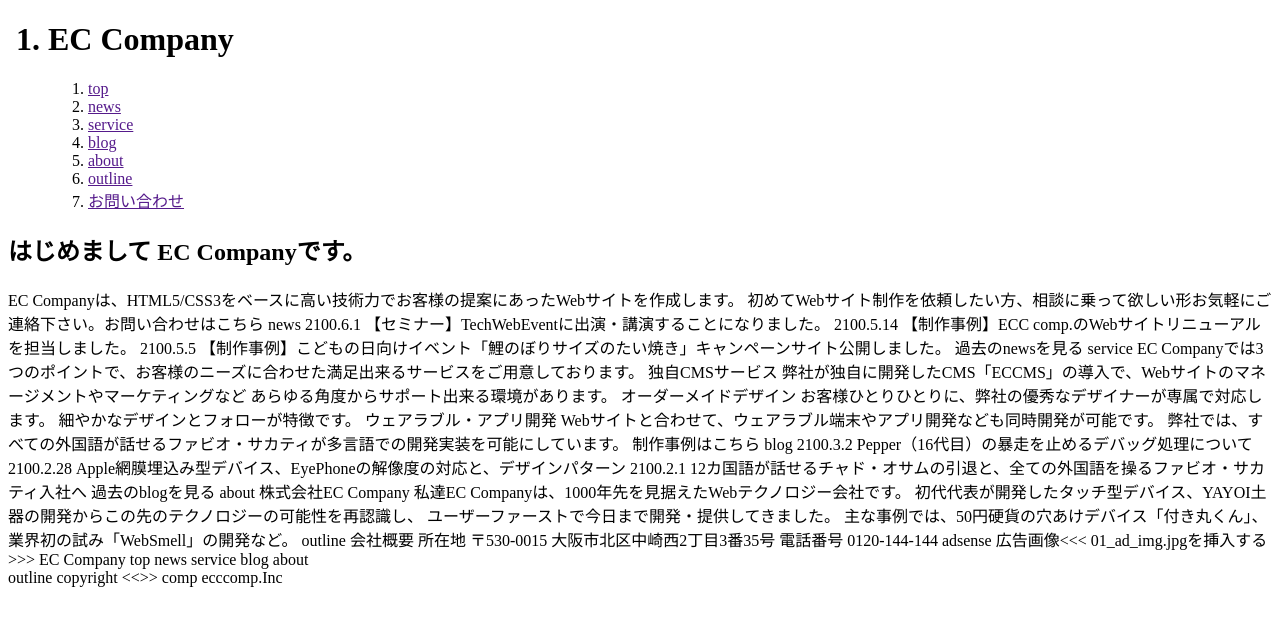
Repository: hsn320/html-practice
Page: html2/work01/work01.html
An editor plug-in stored every save of this project. The page is shown before and after the next save, followed by the edit.
The browser window is 1280 px wide. The pictures show the whole page.

Above is the page before, as saved 2025-10-01 22:40:10.

After the next save:
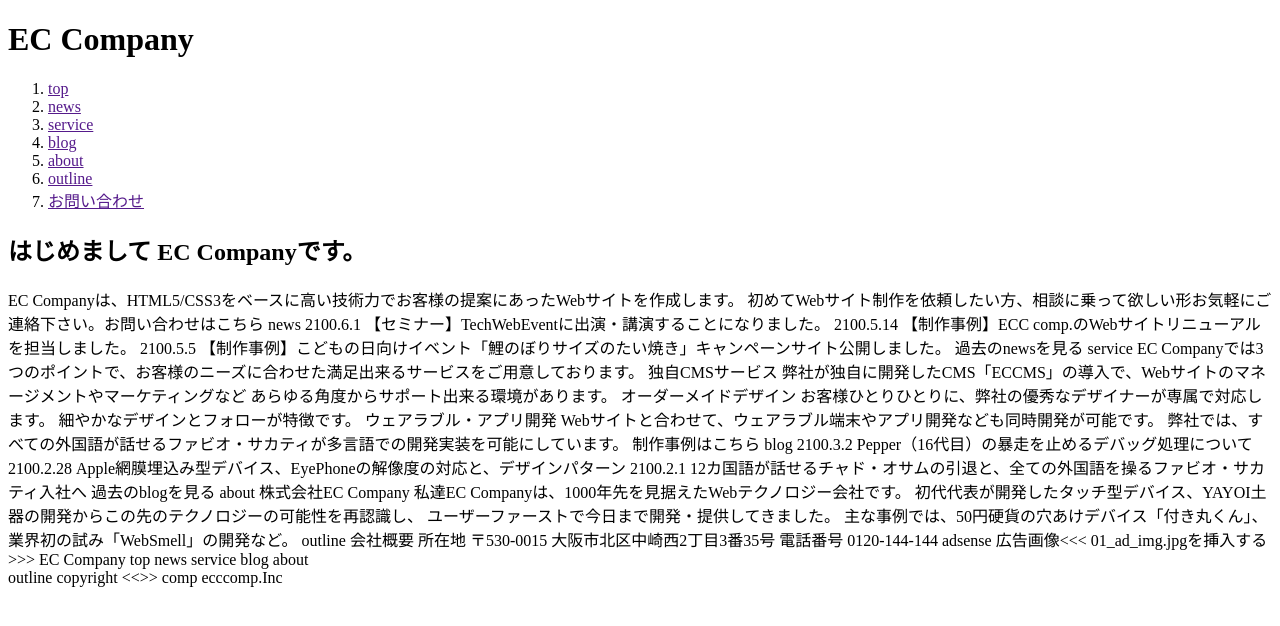
Saved 41 s later.
--- a/html2/work01/work01.html
+++ b/html2/work01/work01.html
@@ -7,20 +7,18 @@
 </head>
 <body>
     <header>
-        <ol>
-            <h1><li>EC Company</li></h1>
-            <nav>
-                <ol>
-                    <li><a href="">top</a></li>
-                    <li><a href="">news</a></li>
-                    <li><a href="">service</a></li>
-                    <li><a href="">blog</a></li>
-                    <li><a href="">about</a></li>
-                    <li><a href="">outline</a></li>
-                    <li><a href="">お問い合わせ</a></li>
-                </ol>
-            </nav>
-        </ol>
+        <h1>EC Company</h1>
+        <nav>
+            <ol>
+                <li><a href="">top</a></li>
+                <li><a href="">news</a></li>
+                <li><a href="">service</a></li>
+                <li><a href="">blog</a></li>
+                <li><a href="">about</a></li>
+                <li><a href="">outline</a></li>
+                <li><a href="">お問い合わせ</a></li>
+            </ol>
+        </nav>
     </header>
     <main>
     <h2>はじめまして EC Companyです。</h2>
